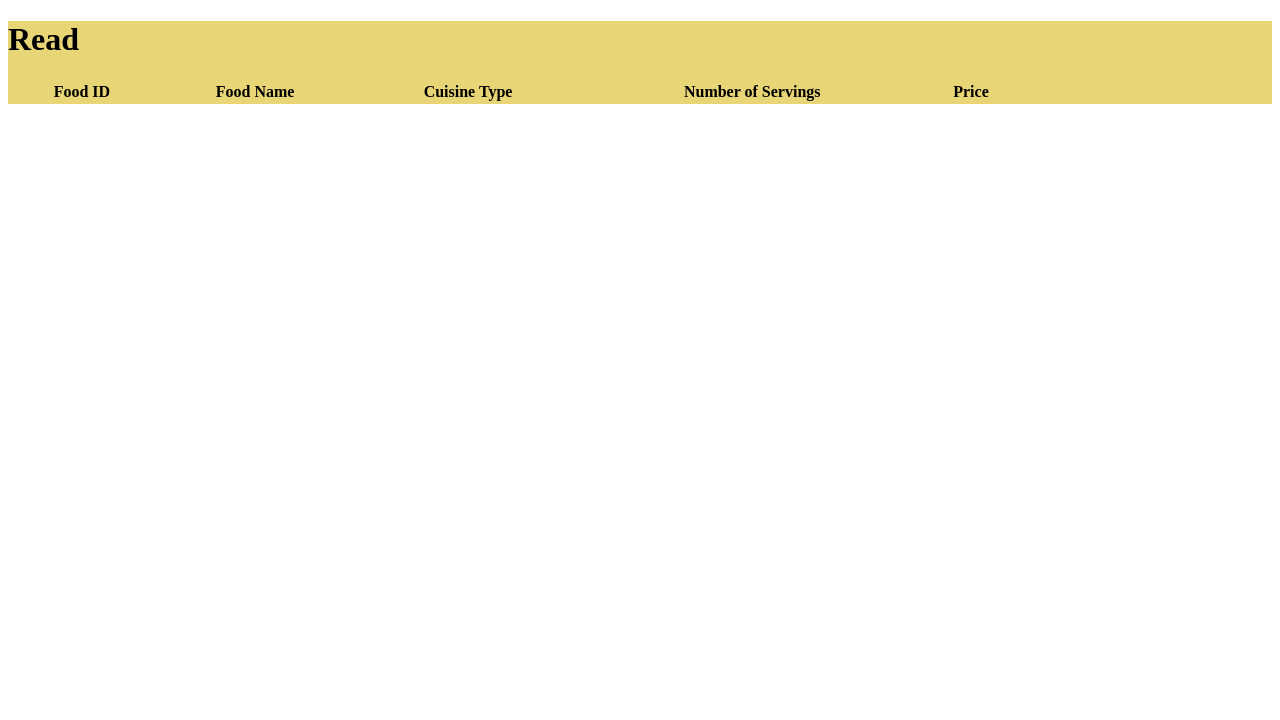
Repository: kavitachana/Sept-2
Page: http://localhost/food/update.jsp
An editor plug-in stored every save of this project. The page is shown before and after the next save, followed by the edit.
The browser window is 1280 px wide. The pictures show the whole page.
The page is served by Tomcat 9. Queries for data that is not in the repository find no rows.

Above is the page before, as saved 2016-09-02 19:37:24.

After the next save:
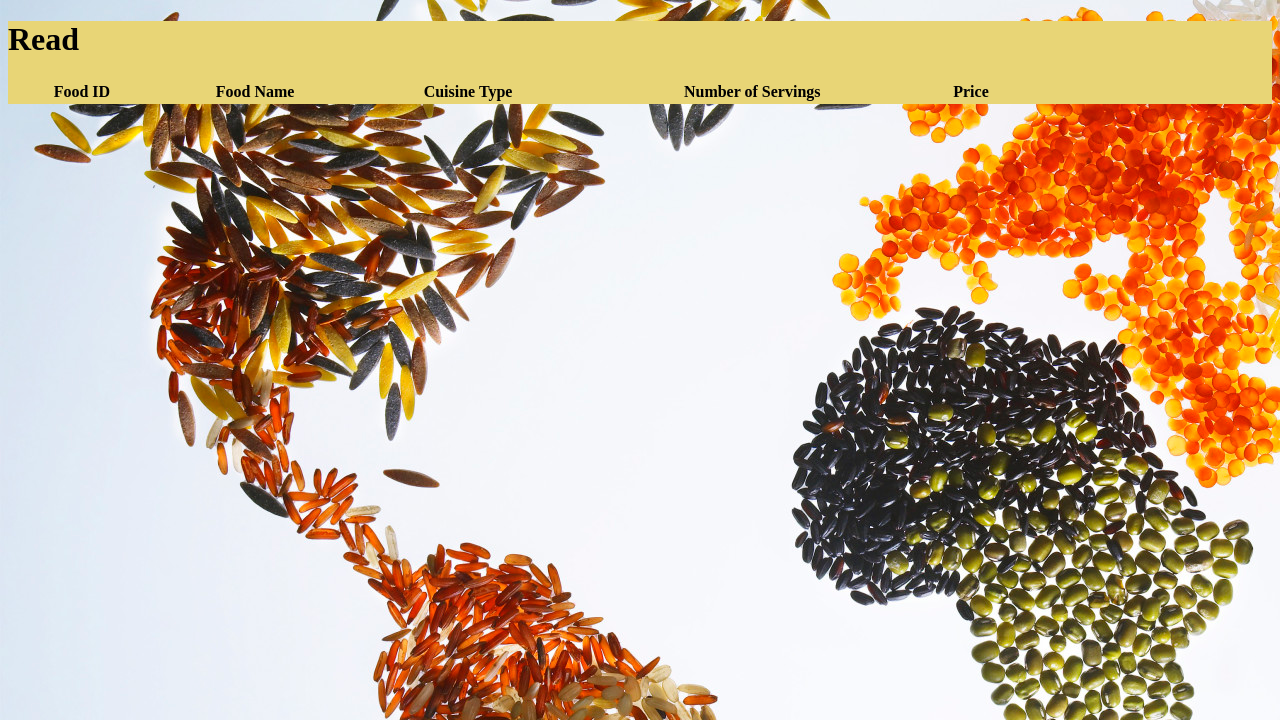
Saved 11 s later.
--- a/food/src/main/webapp/update.jsp
+++ b/food/src/main/webapp/update.jsp
@@ -1,6 +1,6 @@
 <%@ page language="java" contentType="text/html; charset=ISO-8859-1"
-    pageEncoding="ISO-8859-1"%>
-   <%@ page import = "com.food.*" %>
+	pageEncoding="ISO-8859-1"%>
+<%@ page import="com.food.*"%>
 <!DOCTYPE html PUBLIC "-//W3C//DTD HTML 4.01 Transitional//EN" "http://www.w3.org/TR/html4/loose.dtd">
 <html>
 <head>
@@ -14,40 +14,48 @@
 <meta http-equiv="Content-Type" content="text/html; charset=ISO-8859-1">
 <title>Insert title here</title>
 
-
+<style>
+body {
+	background-image: url("img/map.jpg");
+}
+</style>
 
 </head>
 <body>
 
-<div style="background-color: #e8d576">
-<h1>Read</h1>
+	<div style="background-color: #e8d576">
+		<h1>Read</h1>
 
-						<table style="width: 80%;">
-							<tr>
-								<th>Food ID</th>
-								<th>Food Name</th>
-								<th>Cuisine Type</th>
-								<th>Number of Servings</th>
-								<th>Price</th>
-							</tr>
+		<table style="width: 80%;">
+			<tr>
+				<th>Food ID</th>
+				<th>Food Name</th>
+				<th>Cuisine Type</th>
+				<th>Number of Servings</th>
+				<th>Price</th>
+			</tr>
 
-							<% DAO.readFromDB(); %>
+			<%
+				DAO.readFromDB();
+			%>
 
-							<%
-							Food readToJSP = new Food();
-							for (int i = 0; i < DAO.allFoods.size(); i++) {
-								readToJSP = DAO.allFoods.get(i);
-							%>
-							<tr>
-								<td><%= readToJSP.getFoodID() %></td>
-								<td><%= readToJSP.getName() %></td>
-								<td><%= readToJSP.getCuisine() %></td>
-								<td><%= readToJSP.getNumOfServings() %> </td>
-								<td><%= readToJSP.getPrice() %></td>
-							</tr>
-							<% } %>
-						</table>
-</div>
+			<%
+				Food readToJSP = new Food();
+				for (int i = 0; i < DAO.allFoods.size(); i++) {
+					readToJSP = DAO.allFoods.get(i);
+			%>
+			<tr>
+				<td><%=readToJSP.getFoodID()%></td>
+				<td><%=readToJSP.getName()%></td>
+				<td><%=readToJSP.getCuisine()%></td>
+				<td><%=readToJSP.getNumOfServings()%></td>
+				<td><%=readToJSP.getPrice()%></td>
+			</tr>
+			<%
+				}
+			%>
+		</table>
+	</div>
 
 </body>
 </html>
